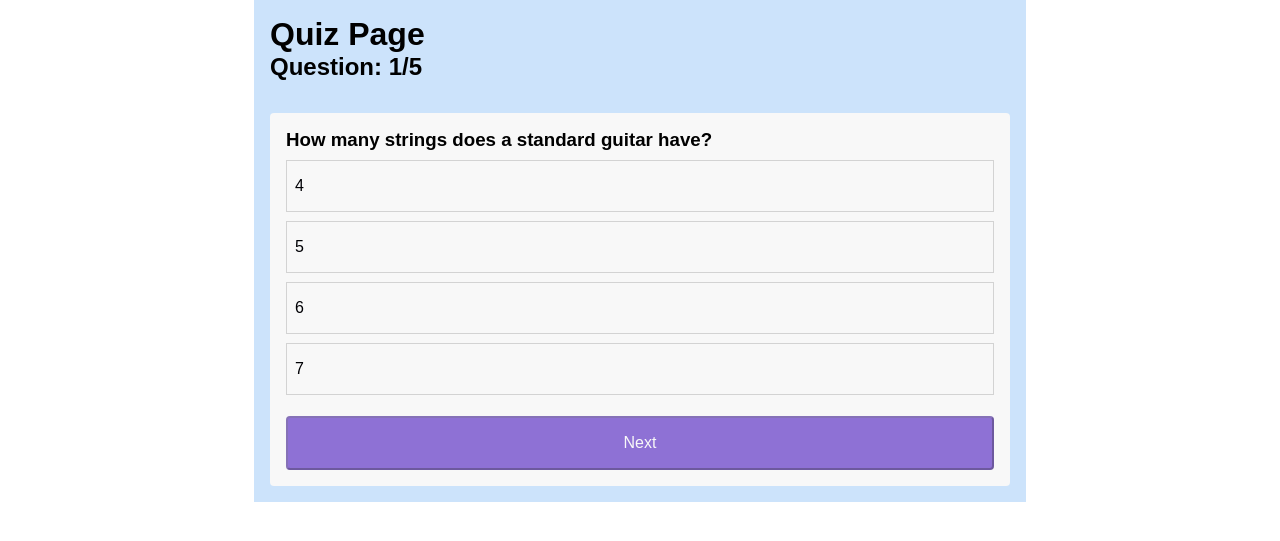
Repository: 1medi/pocketprof
Page: /quiz/page
The author's editor kept a copy of each file at every save. The page is drawn from the files as they stood at one save, then again after the next save.
The browser window is 1280 px wide. The pictures show the whole page.
The project was rebuilt for these pictures with package versions that can differ from the ones it lists, and the page was loaded fresh each time. The framework's server and built-in components were replaced by stand-ins that run in the browser. Also part of the build but not shown: next.config.mjs.

Above is the page before, as saved 2024-04-07 00:37:51.

After the next save:
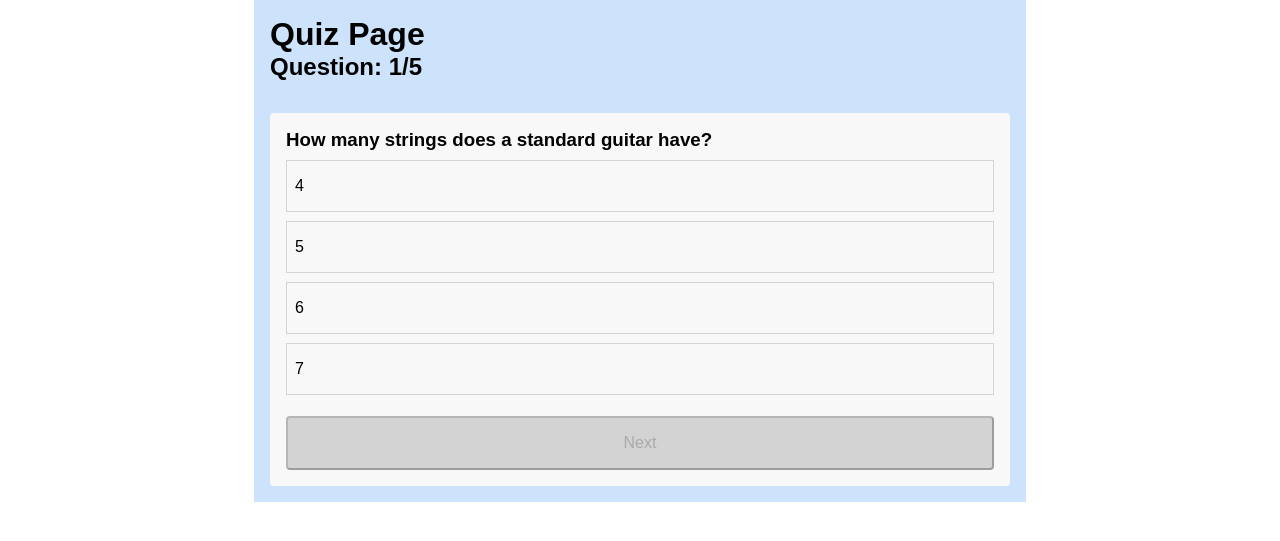
Saved 92 s later.
--- a/pages/quiz/page.module.css
+++ b/pages/quiz/page.module.css
@@ -15,7 +15,7 @@
     font-size: 1.8rem;
   }
 
-  .btn, .btnDisabled {
+  .btn {
     padding: 16px 8px;
     width: 100%;
     margin-top: 12px;
@@ -27,7 +27,13 @@
   }
 
   .btnDisabled {
-    background-color: var(--main-color-purple);
+    background-color: lightgray;
+    padding: 16px 8px;
+    width: 100%;
+    margin-top: 12px;
+    font-size: 1rem;
+    border-radius: 4px;
+    color: darkgray;
 
   }
 
